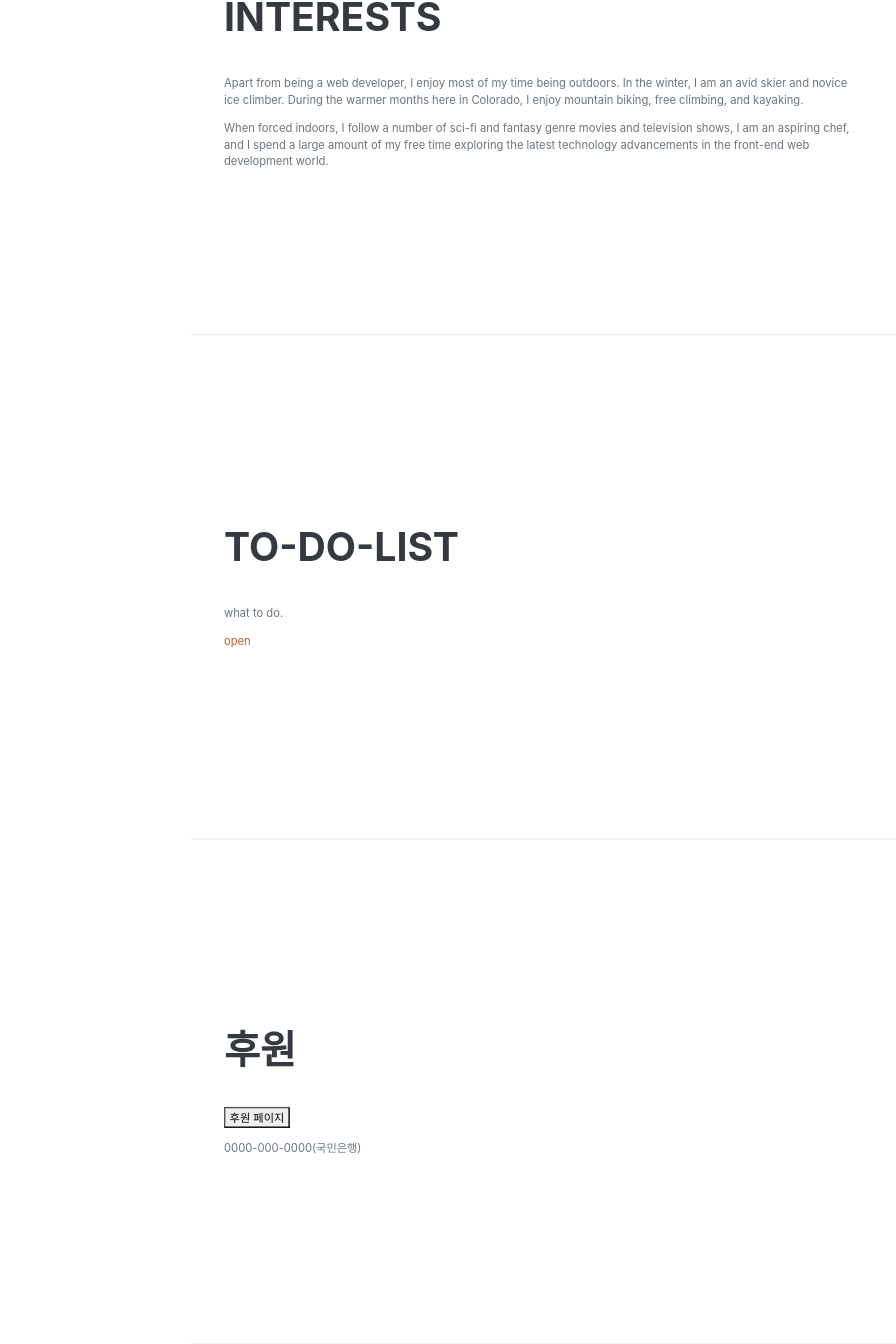
Repository: minsuk1/portfolio
Page: index.html
The author's editor kept a copy of each file at every save. The page is drawn from the files as they stood at one save, then again after the next save.
The browser window is 1280 px wide. The pictures show the part of the page from y = 3396 to 5316 px (the page is 5316 px tall), at 70% of full size.
Some web fonts or font styles are not loaded; a fallback is used.

Above is the page before, as saved 2021-01-01 11:49:10.

### index.html
<!DOCTYPE html>
<html lang="en">
    <head>
        <meta charset="utf-8" />
        <link rel="icon" type="image/x-icon" href="assets/img/favicon.ico" />
        <!-- Font Awesome icons (free version)-->
        <script src="https://use.fontawesome.com/releases/v5.15.1/js/all.js" crossorigin="anonymous"></script>
        <!-- Google fonts-->
        <link href="https://fonts.googleapis.com/css?family=Saira+Extra+Condensed:500,700" rel="stylesheet" type="text/css" />
        <link href="https://fonts.googleapis.com/css?family=Muli:400,400i,800,800i" rel="stylesheet" type="text/css" />
        <!-- Core theme CSS (includes Bootstrap)-->
        <link href="css/styles.css" rel="stylesheet" />
    </head>
    <body id="page-top">
        <!-- Navigation-->
        <nav class="navbar navbar-expand-lg navbar-dark bg-primary fixed-top" id="sideNav">
            <a class="navbar-brand js-scroll-trigger" href="#page-top">
                <span class="d-none d-lg-block"><img class="img-fluid img-profile rounded-circle mx-auto mb-2" src="assets/img/profile.jpg" alt="" /></span>
            </a>
            <button class="navbar-toggler" type="button" data-toggle="collapse" data-target="#navbarSupportedContent" aria-controls="navbarSupportedContent" aria-expanded="false" aria-label="Toggle navigation"><span class="navbar-toggler-icon"></span></button>
            <div class="collapse navbar-collapse" id="navbarSupportedContent">
                <ul class="navbar-nav">
                    <li class="nav-item"><a class="nav-link js-scroll-trigger" href="#about">About</a></li>
                    <li class="nav-item"><a class="nav-link js-scroll-trigger" href="#experience">Experience</a></li>
                    <li class="nav-item"><a class="nav-link js-scroll-trigger" href="#education">Education</a></li>
                    <li class="nav-item"><a class="nav-link js-scroll-trigger" href="#skills">Skills</a></li>
                    <li class="nav-item"><a class="nav-link js-scroll-trigger" href="#interests">Interests</a></li>
                </ul>
            </div>
        </nav>
        <!-- Page Content-->
        <div class="container-fluid p-0">
            <!-- About-->
            <section class="resume-section" id="about">
                <div class="resume-section-content">
                    <h1 class="mb-0">
                        Portfolio
                        <span class="text-primary">오민석</span>
                    </h1>
                    <div class="subheading mb-5">
                                  010-6265-6918
                        <a href="mailto:name@email.com">palt1230@email.com</a>
                    </div>
                    <p class="lead mb-5"></p>
                    <div class="social-icons">
                        <a class="social-icon" href="https://github.com/minsuk1"><i class="fab fa-github"></i></a>
                        <a class="social-icon" href="https://velog.io/@minsuk"><i class="fas fa-envelope-open-text"></i></i></a>
                        <a class="social-icon" href="#"><i class="fab fa-facebook-f"></i></a>
                    </div>
                </div>
            </section>
            <hr class="m-0" />
            <!-- Experience-->
            <section class="resume-section" id="experience">
                <div class="resume-section-content">
                    <h2 class="mb-5">Experience</h2>
                    <div class="d-flex flex-column flex-md-row justify-content-between mb-5">
                        <div class="flex-grow-1">
                            <h3 class="mb-0">삼정KPMG 인턴</h3>
                            <div class="subheading mb-3">Data Engineer</div>
                            <ul>
                                <li>데이터 ETL : MSSQL에서 데이터 전처리</li>
                                <li>QA : 사내 AI 감사 솔루션 플랫폼(Clara) QA</li>
                            </ul>

                        </div>
                        <div class="flex-shrink-0"><span class="text-primary">2020년 12월 ~ 현재</span></div>
                    </div>
                    <div class="d-flex flex-column flex-md-row justify-content-between mb-5">
                        <div class="flex-grow-1">
                            <h3 class="mb-0">핀테크 교육</h3>
                            <div class="subheading mb-3">대외 교육</div>
                            <p>4차 산업혁명 시대에 맞는 코스콤 수행, 금융위원회 주관 핀테크 교육</p>
                        </div>
                        <div class="flex-shrink-0"><span class="text-primary">2020년 7월 ~ 2020년 8월</span></div>
                    </div>
                    <div class="d-flex flex-column flex-md-row justify-content-between mb-5">
                        <div class="flex-grow-1">
                            <h3 class="mb-0">텍스트 마이닝 연구실</h3>
                            <div class="subheading mb-3">학부연구생</div>
                            <ul>
                                <li>Amazon, E-bay 등에서 아이폰 및 갤럭시 전 기종 크롤링 및 전처리</li>
                                <li>휴대폰 관련 감성사전 구축 및 수정</li>
                            </ul>
                        </div>
                        <div class="flex-shrink-0"><span class="text-primary">2019년 9월 ~ 2020년 7월</span></div>
                    </div>
                    <div class="d-flex flex-column flex-md-row justify-content-between">
                        <div class="flex-grow-1">
                            <h3 class="mb-0">비타민(빅데이터 동아리)</h3>
                            <div class="subheading mb-3">Shout! Media Productions</div>
                            <p>R과 파이썬을 통한 데이터 분석 및 머신러닝 교육 및 프로젝트 진행</p>
                        </div>
                        <div class="flex-shrink-0"><span class="text-primary">2019년 9월 ~ 2020년 7월</span></div>
                    </div>
                </div>
            </section>
            <hr class="m-0" />
            <!-- Education-->
            <section class="resume-section" id="education">
                <div class="resume-section-content">
                    <h2 class="mb-5">Education</h2>
                    <div class="d-flex flex-column flex-md-row justify-content-between mb-5">
                        <div class="flex-grow-1">
                            <h3 class="mb-0">숭실대학교</h3>
                            <div class="subheading mb-3">학사</div>
                            <div>산업정보시스템공학과</div>
                            <p>GPA: 4.07</p>
                        </div>
                        <div class="flex-shrink-0"><span class="text-primary">August 2006 - May 2010</span></div>
                    </div>
                </div>
            </section>
            <hr class="m-0" />
            <!-- Skills-->
            <section class="resume-section" id="skills">
                <div class="resume-section-content">
                    <h2 class="mb-5">Skills</h2>
                    <div class="subheading mb-3">Programming Languages & Tools</div>
                    <ul class="list-inline dev-icons">
                        <li class="list-inline-item"><i class="fab fa-html5"></i></li>
                        <li class="list-inline-item"><i class="fab fa-css3-alt"></i></li>
                        <li class="list-inline-item"><i class="fab fa-js-square"></i></li>
                        <li class="list-inline-item"><i class="fab fa-python"></i></li>
                        <li class="list-inline-item"><i class="fab fa-r-project"></i></li>
                        <li class="list-inline-item"><i class="fab fa-node-js"></i></li>
                        <li class="list-inline-item"><i class="fas fa-database"></i></li>
                        <li class="list-inline-item"><i class="fab fa-aws"></i></li>
                    </ul>
                    <div class="subheading mb-3">Workflow</div>
                    <ul class="fa-ul mb-0">
                        <li>
                            <span class="fa-li"><i class="fas fa-check"></i></span>
                            AWS 아키텍처 설계
                        </li>
                        <li>
                            <span class="fa-li"><i class="fas fa-check"></i></span>
                            node.js를 활용한 웹개발
                        </li>
                        <li>
                            <span class="fa-li"><i class="fas fa-check"></i></span>
                            MSSQL을 활용한 ETL
                        </li>
                        <li>
                            <span class="fa-li"><i class="fas fa-check"></i></span>
                            python, R을 활용한 데이터 분석
                        </li>
                    </ul>
                </div>
            </section>
            <hr class="m-0" />
            <!-- Interests-->
            <section class="resume-section" id="interests">
                <div class="resume-section-content">
                    <h2 class="mb-5">Interests</h2>
                    <p>Apart from being a web developer, I enjoy most of my time being outdoors. In the winter, I am an avid skier and novice ice climber. During the warmer months here in Colorado, I enjoy mountain biking, free climbing, and kayaking.</p>
                    <p class="mb-0">When forced indoors, I follow a number of sci-fi and fantasy genre movies and television shows, I am an aspiring chef, and I spend a large amount of my free time exploring the latest technology advancements in the front-end web development world.</p>
                </div>
            </section>
            <hr class="m-0" />

            <!-- To do list-->
            <section class="resume-section" id="to-do-list">
                <div class="resume-section-content">
                    <h2 class="mb-5">to-do-list</h2>
                    <p>what to do.</p>
                    <a href="#" data-popup-open="example">open</a>
                    <div class="popup" data-popup="example">
                        <div class="popup-inner">
                        <div class="popup-contents">
                        <a class="popup-close" data-popup-close="example" href="#">X</a>
                        할일
                        </div>
                        </div>
                    </div>
                </div>
            </section>
            <hr class="m-0" />


            <!-- 후원-->
            <section class="resume-section" id="to-do-list">
                <div class="resume-section-content">
                    <h2 class="mb-5">후원</h2>
                    <p>
                        <button id='tnToggle'>후원 페이지</button>
                    </p>
                    <div>0000-000-0000(국민은행)</div>
                </div>
            </section>
            <hr class="m-0" />



        </div>
        <!-- Bootstrap core JS-->
        <script src="https://cdnjs.cloudflare.com/ajax/libs/jquery/3.5.1/jquery.min.js"></script>
        <script src="https://cdn.jsdelivr.net/npm/bootstrap@4.5.3/dist/js/bootstrap.bundle.min.js"></script>
        <!-- Third party plugin JS-->
        <script src="https://cdnjs.cloudflare.com/ajax/libs/jquery-easing/1.4.1/jquery.easing.min.js"></script>
        <!-- Core theme JS-->
        <script src="js/scripts.js"></script>
    </body>
</html>

### js/scripts.js
/*!
    * Start Bootstrap - Resume v6.0.2 (https://startbootstrap.com/theme/resume)
    * Copyright 2013-2020 Start Bootstrap
    * Licensed under MIT (https://github.com/StartBootstrap/startbootstrap-resume/blob/master/LICENSE)
    */
    (function ($) {
    "use strict"; // Start of use strict

    // Smooth scrolling using jQuery easing
    $('a.js-scroll-trigger[href*="#"]:not([href="#"])').click(function () {
        if (
            location.pathname.replace(/^\//, "") ==
                this.pathname.replace(/^\//, "") &&
            location.hostname == this.hostname
        ) {
            var target = $(this.hash);
            target = target.length
                ? target
                : $("[name=" + this.hash.slice(1) + "]");
            if (target.length) {
                $("html, body").animate(
                    {
                        scrollTop: target.offset().top,
                    },
                    1000,
                    "easeInOutExpo"
                );
                return false;
            }
        }
    });

    // Closes responsive menu when a scroll trigger link is clicked
    $(".js-scroll-trigger").click(function () {
        $(".navbar-collapse").collapse("hide");
    });

    // Activate scrollspy to add active class to navbar items on scroll
    $("body").scrollspy({
        target: "#sideNav",
    });
})(jQuery); // End of use strict


$(function() {
    //----- OPEN
    $('[data-popup-open]').on('click', function(e)  {
        var targeted_popup_class = jQuery(this).attr('data-popup-open');
        $('[data-popup="' + targeted_popup_class + '"]').fadeIn(350);

        e.preventDefault();
    });

    //----- CLOSE
    $('[data-popup-close]').on('click', function(e)  {
        var targeted_popup_class = jQuery(this).attr('data-popup-close');
        $('[data-popup="' + targeted_popup_class + '"]').fadeOut(350);

        e.preventDefault();
    });
});



$(function() {
    $("#btnToggle").on("click", function() {
        $("div").toggle();
    });
  });

Loaded but not shown: css/styles.css (library)

After the next save:
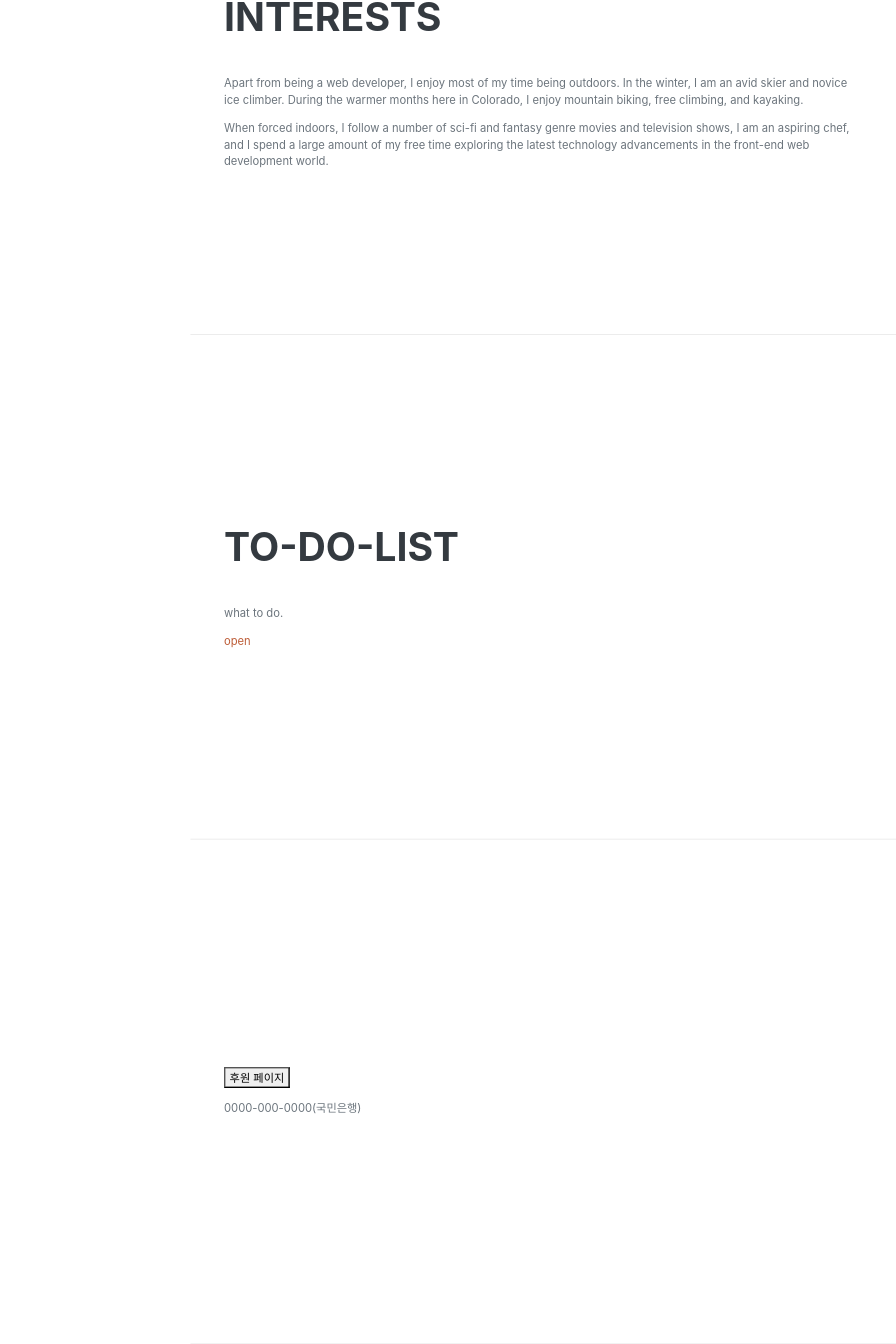
Saved 78 s later.
--- a/index.html
+++ b/index.html
@@ -181,7 +181,7 @@
             <!-- 후원-->
             <section class="resume-section" id="to-do-list">
                 <div class="resume-section-content">
-                    <h2 class="mb-5">후원</h2>
+
                     <p>
                         <button id='tnToggle'>후원 페이지</button>
                     </p>

After the save that followed:
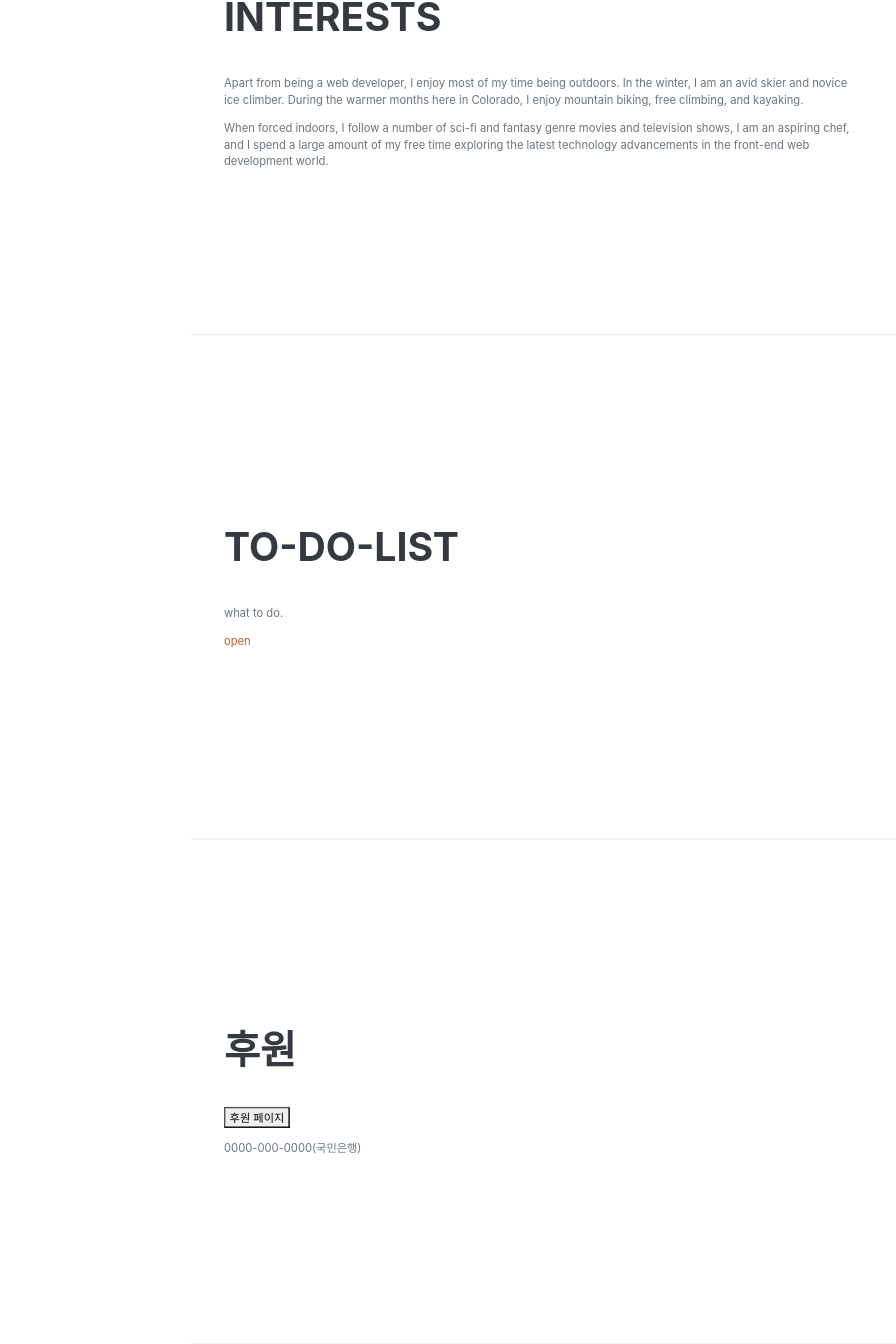
Saved 6 s later.
--- a/index.html
+++ b/index.html
@@ -181,7 +181,7 @@
             <!-- 후원-->
             <section class="resume-section" id="to-do-list">
                 <div class="resume-section-content">
-
+                    <h2 class="mb-5">후원</h2>
                     <p>
                         <button id='tnToggle'>후원 페이지</button>
                     </p>
